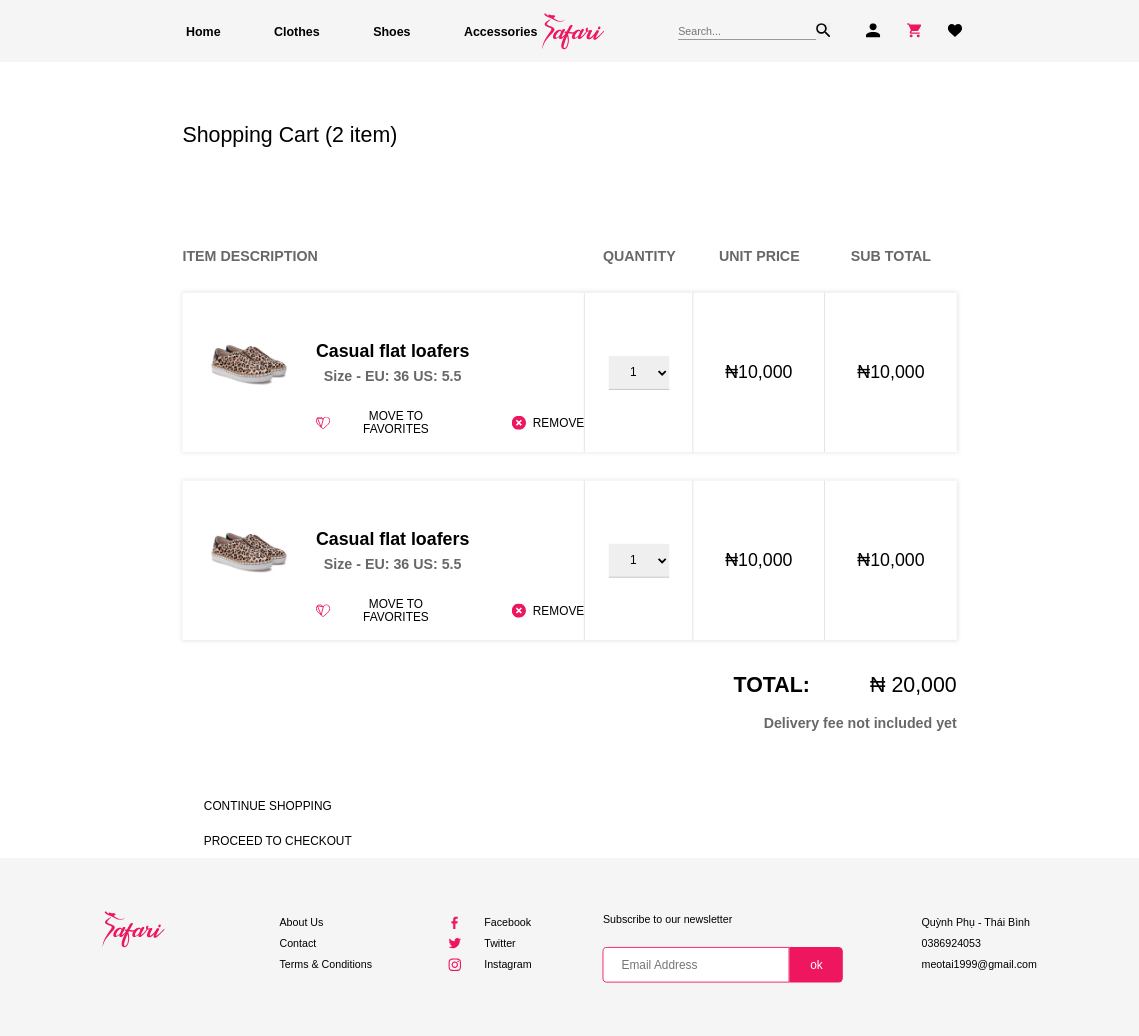
Repository: tboy1999/safari
Page: views/cart.html
An editor plug-in stored every save of this project. The page is shown before and after the next save, followed by the edit.
The browser window is 1280 px wide. The pictures show the whole page, at 89% of full size.
Some web libraries are served in a nearby version. The style sheet was rebuilt from its Sass, Less or Tailwind sources for each picture, by a compiler version that may differ from the author's.

Above is the page before, as saved 2022-04-28 14:33:18.

### views/cart.html
<!DOCTYPE html>
<html lang="en">
<head>
  <meta charset="UTF-8">
  <meta http-equiv="X-UA-Compatible" content="IE=edge">
  <meta name="viewport" content="width=device-width, initial-scale=1.0">
  <title>cart safari</title>
  <link rel="shortcut icon" href="./image/logo/Logo.svg" type="image/x-icon">
  <link rel="preconnect" href="https://fonts.googleapis.com">
  <link rel="preconnect" href="https://fonts.gstatic.com" crossorigin>
  <link rel="stylesheet" href="https://cdnjs.cloudflare.com/ajax/libs/font-awesome/6.1.1/css/all.min.css" integrity="sha512-KfkfwYDsLkIlwQp6LFnl8zNdLGxu9YAA1QvwINks4PhcElQSvqcyVLLD9aMhXd13uQjoXtEKNosOWaZqXgel0g==" crossorigin="anonymous" referrerpolicy="no-referrer" />
  <link rel="stylesheet" href="../css/grid.css">
  <link rel="stylesheet" href="../css/cart.css">
</head>
<body>
  <header id="header" class="header">
    <div class="container">
      <div class="header__container facenter">
        <ul class="header__list facenter fz14-fw600">
          <li class="header__item"><a href="../index.html" class="header__link">Home</a></li>
          <li class="header__item"><a href="./clothes.html" class="header__link">Clothes</a></li>
          <li class="header__item"><a href="./shoes.html" class="header__link">Shoes</a></li>
          <li class="header__item"><a href="./accessories.html" class="header__link">Accessories</a></li>
        </ul>
        <form class="header__search facenter">
          <input type="text" placeholder="Search..." class="fz12">
          <button type="submit"><img src="../image/header/search.svg" alt=""></button>
        </form>
        <div class="header__feature facenter">
          <a href="./user.html">
            <svg width="16" height="16" viewBox="0 0 16 16" fill="inherit" xmlns="http://www.w3.org/2000/svg">
            <path d="M8 0C9.06087 0 10.0783 0.421427 10.8284 1.17157C11.5786 1.92172 12 2.93913 12 4C12 5.06087 11.5786 6.07828 10.8284 6.82843C10.0783 7.57857 9.06087 8 8 8C6.93913 8 5.92172 7.57857 5.17157 6.82843C4.42143 6.07828 4 5.06087 4 4C4 2.93913 4.42143 1.92172 5.17157 1.17157C5.92172 0.421427 6.93913 0 8 0ZM8 10C12.42 10 16 11.79 16 14V16H0V14C0 11.79 3.58 10 8 10Z"/>
            </svg>
          </a>
          <a href="#" class="header__feature--active">
            <svg width="16" height="16" viewBox="0 0 16 16" fill="inherit" xmlns="http://www.w3.org/2000/svg">
              <path d="M12.8 12.8C11.912 12.8 11.2 13.512 11.2 14.4C11.2 14.8243 11.3686 15.2313 11.6686 15.5314C11.9687 15.8314 12.3757 16 12.8 16C13.2243 16 13.6313 15.8314 13.9314 15.5314C14.2314 15.2313 14.4 14.8243 14.4 14.4C14.4 13.9757 14.2314 13.5687 13.9314 13.2686C13.6313 12.9686 13.2243 12.8 12.8 12.8ZM0 0V1.6H1.6L4.48 7.672L3.392 9.632C3.272 9.856 3.2 10.12 3.2 10.4C3.2 10.8243 3.36857 11.2313 3.66863 11.5314C3.96869 11.8314 4.37565 12 4.8 12H14.4V10.4H5.136C5.08296 10.4 5.03209 10.3789 4.99458 10.3414C4.95707 10.3039 4.936 10.253 4.936 10.2C4.936 10.16 4.944 10.128 4.96 10.104L5.68 8.8H11.64C12.24 8.8 12.768 8.464 13.04 7.976L15.904 2.8C15.96 2.672 16 2.536 16 2.4C16 2.18783 15.9157 1.98434 15.7657 1.83431C15.6157 1.68429 15.4122 1.6 15.2 1.6H3.368L2.616 0H0ZM4.8 12.8C3.912 12.8 3.2 13.512 3.2 14.4C3.2 14.8243 3.36857 15.2313 3.66863 15.5314C3.96869 15.8314 4.37565 16 4.8 16C5.22435 16 5.63131 15.8314 5.93137 15.5314C6.23143 15.2313 6.4 14.8243 6.4 14.4C6.4 13.9757 6.23143 13.5687 5.93137 13.2686C5.63131 12.9686 5.22435 12.8 4.8 12.8Z"/>
            </svg>
          </a>
          <a href="#">
            <svg width="16" height="15" viewBox="0 0 16 15" fill="inherit"
            xmlns="http://www.w3.org/2000/svg">
              <path d="M14.7307 1.39307C13.9025 0.494751 12.766 0 11.5304 0C10.6068 0 9.76099 0.291992 9.01636 0.867798C8.64062 1.15845 8.30017 1.51404 8 1.92908C7.69995 1.51416 7.35938 1.15845 6.98352 0.867798C6.23901 0.291992 5.39319 0 4.4696 0C3.23401 0 2.09741 0.494751 1.26917 1.39307C0.450806 2.28088 0 3.49377 0 4.80847C0 6.16162 0.504272 7.40027 1.58691 8.70667C2.55542 9.87524 3.94739 11.0615 5.55933 12.4352C6.10974 12.9043 6.73364 13.436 7.38147 14.0024C7.55261 14.1523 7.77222 14.2349 8 14.2349C8.22766 14.2349 8.44739 14.1523 8.61829 14.0027C9.26611 13.4362 9.89038 12.9042 10.441 12.4348C12.0527 11.0614 13.4447 9.87524 14.4132 8.70654C15.4958 7.40027 16 6.16162 16 4.80835C16 3.49377 15.5492 2.28088 14.7307 1.39307Z"/>
            </svg>
          </a>
        </div>
        <div class="header__logo">
          <a href="../index.html"><img src="../image/logo/Logo.svg" alt=""></a>
        </div>
      </div>
    </div>
  </header>

  <main id="cart" class="cart">
    <div class="container">
      <div class="cart__container">
        <h1 class="cart__heading fz24">Shopping Cart (2 item)</h1>
        <table>
          <thead class="fz16">
            <tr>
              <th>ITEM DESCRIPTION</th>
              <th>QUANTITY</th>
              <th>UNIT PRICE</th>
              <th>SUB TOTAL</th>
            </tr>
          </thead>
          <tbody>
            <tr>
              <td>
                <div class="cart__product facenter gap32">
                  <img src="../image/cart/cart1.jpg" alt="" class="cart__img">
                  <div class="cart__info">
                    <h3 class="fz20-fw600">Casual flat loafers</h3>
                    <p class="fz16">Size - EU: 36 US: 5.5</p>
                  </div>
                </div>
                <div class="cart__btn facenter gap64">
                  <button class="facenter gap8"><img src="../image/cart/heart-cart.svg" alt="">MOVE TO FAVORITES</button>
                  <button class="facenter gap8"><img src="../image/cart/remove-cart.svg" alt="">REMOVE</button>
                </div>
              </td>
              <td class="fz16">
                <select>
                  <option>1</option>
                  <option>2</option>
                  <option>3</option>
                  <option>4</option>
                </select>
              </td>
              <td class="fz20">₦10,000</td>
              <td class="fz20">₦10,000</td>
            </tr>
            <tr>
              <td>
                <div class="cart__product facenter gap32">
                  <img src="../image/cart/cart1.jpg" alt="" class="cart__img">
                  <div class="cart__info">
                    <h3 class="fz20-fw600">Casual flat loafers</h3>
                    <p class="fz16">Size - EU: 36 US: 5.5</p>
                  </div>
                </div>
                <div class="cart__btn facenter gap64">
                  <button class="facenter gap8"><img src="../image/cart/heart-cart.svg" alt="">MOVE TO FAVORITES</button>
                  <button class="facenter gap8"><img src="../image/cart/remove-cart.svg" alt="">REMOVE</button>
                </div>
              </td>
              <td class="fz16">
                <select>
                  <option>1</option>
                  <option>2</option>
                  <option>3</option>
                  <option>4</option>
                </select>
              </td>
              <td class="fz20">₦10,000</td>
              <td class="fz20">₦10,000</td>
            </tr>
          </tbody>
        </table>
        <div class="cart__price">
          <div class="cart__money facenter">
            <h3 class="fz24-fw600">TOTAL:</h3>
            <h4 class="fz24">₦ 20,000</h4>
          </div>
          <p class="fz16">Delivery fee not included yet</p>
        </div>
        <div class="cart__button fz18">
          <button>CONTINUE SHOPPING</button>
          <button>PROCEED TO CHECKOUT</button>
        </div>
      </div>
    </div>
  </main>
  <footer class="footer">
    <div class="container">
      <div class="footer__container d-flex fz12">
        <div class="footer__logo">
          <a href="../index.html"><img src="../image/logo/Logo.svg" alt=""></a>
        </div>
        <div class="footer__body d-flex gap80">
          <ul class="footer__pages">
            <li class="footer__item fz12"><a href="#">About Us</a></li>
            <li class="footer__item fz12"><a href="#">Contact</a></li>
            <li class="footer__item fz12"><a href="#">Terms & Conditions</a></li>
          </ul>
          <ul class="footer__networks">
            <li class="footer__item facenter gap20">
              <div class="footer__icon flex-center">
                <a href="#" class="facenter"><img src="../image/footer/fb.svg" alt=""></a>
              </div>
              <p><a href="#">Facebook</a></p>
            </li>
            <li class="footer__item facenter gap20">
              <div class="footer__icon flex-center">
                <a href="#" class="facenter"><img src="../image/footer/twitter.svg" alt=""></a>
              </div>
              <p><a href="#">Twitter</a></p>
            </li>
            <li class="footer__item facenter gap20">
              <div class="footer__icon flex-center">
                <a href="#" class="facenter"><img src="../image/footer/instagram.svg" alt=""></a>
              </div>
              <p><a href="#">Instagram</a></p>
            </li>
          </ul>
          <div class="footer__input">
            <p>Subscribe to our newsletter</p>
            <form action="" class="facenter footer__form">
              <input type="text" placeholder="Email Address">
              <button type="submit">ok</button>
            </form>
          </div>
        </div>
        <div class="footer__info">
          <p>Quỳnh Phụ - Thái Bình</p>
          <p>0386924053</p>
          <p>meotai1999@gmail.com</p>
        </div>
      </div>
    </div>
  </footer>
</body>
</html>

### scss/cart.scss
@import 'reset';
@import 'variable';
@import 'global';
@import 'alike';
@import 'header';
@import 'footer';

.cart {
  margin-top: 134px;
  &__container {
    margin:0 150px;
  }
  &__heading {
    margin-bottom: 78px;
  }
  table {
    border-spacing:0 32px;
    width: 100%;
    thead {
      th:first-child {
        width: 52%;
        text-align: left;
      }
      th:nth-child(2) {
        width: 14%
      }
      th:nth-child(3),
      th:nth-child(4) {
        width: 17%
      }
    }
    tbody {
      tr {
        background: #FFFFFF;
        box-shadow: 0px 0px 5px 1px rgba(0, 0, 0, 0.1);
      }
      td:first-child {
        padding: 35px 0 18px 32px
      }
      td {
        text-align: center
      }
      td:not(:last-child) {
        border-right: 1.5px solid #E1E1E1;
      }
      select {
        padding: 10px 20px;
        border: none;
        border-bottom: 1px solid #C4C4C4;
        outline: none;
      }
    }
  }
  &__img {
    width: 86px;
    height: 86px;
    object-fit: cover;
  }
  &__info {
    h3 {
      margin-bottom: 8px;
    }
  }
  &__product {
    margin-bottom: 10px;
  }
  &__btn {
    padding-left: calc(150px - 32px);
    button {
      background-color: transparent
    }
  }
  &__price {
    text-align: right;
    margin-bottom: 64px;
  }
  &__money {
    justify-content: end;
    margin-bottom: 18px;
    h4 {
      min-width: 165px;
    }
  }

  &__button {
    button {
      padding: 12px 24px;
      background-color: #fff;
    }
  }
}

### scss/_reset.scss
* {
  padding: 0;
  margin: 0;
  box-sizing: border-box;
}

html:focus-within {
  scroll-behavior: smooth;
}

a,
button {
  display: block;
  outline: none;
  border: none;
  text-decoration: none;
  color: inherit;
  cursor: pointer;
}

input {
  outline: none;
}

ul {
  list-style-type: none;
}

// img {
//   width: 100%;
//   height: 100%;
//   object-fit: cover;
// }

### scss/_variable.scss
$text-color: #686868;
$primary-color: #ED165F;

$header-background-color: #F5F5F5;
$footer-background-color: #F5F5F5;

### scss/_global.scss
html {
  font-size: 10px;
  line-height: 1;
  scroll-behavior: smooth !important;
}

body {
  font-family: 'Mulish', sans-serif;
}

body .auto-top {
  display: none;
  position: fixed;
  right: 50px;
  top: 50%;
  width: 60px;
  height: 50px;
  border: 1px solid #000000;
  border-radius: 5px;
  animation: autoTop 2s ease-in-out;
  animation-iteration-count: infinite;
}
@keyframes autoTop {
  from {
    transform: translateY(0)
  }
  to {
    transform: translateY(-20px)
  }
}

.facenter {
  display: flex;
  align-items: center;
}

.facb {
  display:flex;
  justify-content: space-between;
  align-items: center;
}

.flex-center {
  display: flex;
  justify-content: center;
  align-items: center;
}

.d-flex {
  display: flex;
  flex-wrap: wrap;
}

.flex-column {
  display: flex;
  flex-direction: column;
}

.gap64 {
  gap: 64px
}

.gap80 {
  gap: 0 80px
}

.gap32 {
  gap: 32px
}

.gap20 {
  gap: 0 20px
}

.gap16 {
  gap: 16px
}
.gap8 {
  gap: 8px
}

### scss/_alike.scss
.fz40 {
  font-weight: 700;
  font-size: 4rem;
  line-height: calc(24/40);
}

.fz30 {
  font-weight: 600;
  font-size: 30px;
}


.fz24 {
  font-weight: 400;
  font-size: 2.4rem;
  line-height: calc(35/24);
  &-fw600 {
    font-weight: 600;
    font-size: 2.4rem;
    line-height: calc(35/24);
  }
}

.fz20 {
  font-weight: 400;
  font-size: 2rem;
  line-height: calc(23/20);
  &-fw800 {
    font-weight: 800;
    font-size: 2rem;
    line-height: calc(23/20);
  }
  &-fw600 {
    font-weight: 600;
    font-size: 2rem;
    line-height: calc(23/20);
  }
}

.fz18 {
  font-weight: 800;
  font-size: 1.8rem;
  line-height: calc(24/18);
}

.fz16 {
  font-weight: 600;
  font-size: 1.6rem;
  line-height: calc(18/16);
  color: $text-color;
}

.fz14 {
  font-weight: 400;
  font-size: 1.4rem;
  line-height: calc(18/14);
  &-fw600 {
    font-weight: 600;
    font-size: 1.4rem;
    line-height: calc(18/14);
  }
}

.fz12 {
  font-weight: 400;
  font-size: 1.2rem;
  line-height: calc(18/12);
}

.fz10 {
  font-weight: 700;
  font-size: 1rem;
  line-height: calc(18/10);
}

### scss/_header.scss
.header {
  position: fixed;
  top: 0;
  left: 0;
  right: 0;
  z-index: 99999;
  background-color: $header-background-color;
  &__container {
    height: 70px;
    padding: 0 144px;
  }
  &__list {
    gap: 0 40px;
    flex: 1
  }
  &__search {
    input {
      border:none;
      border-bottom: 1px solid rgba(0, 0, 0, 0.5);
      color: rgba(0, 0, 0, 0.5);
      background-color: inherit;
    }
  }
  &__link {
    padding: 6px 10px;
    transition: all 0.2s linear;
    position: relative;
    &::after {
      content: "";
      position: absolute;
      width: 0;
      left: auto;
      right: 0;
      bottom: 0;
      height: 1px;
      transition: all 0.2s linear;
      background-color: red;
    }
    &:hover {
      color: $primary-color;
      &::after {
        width: 100%;
        right: auto;
        left: 0
      }
    }
    &.header__item--active {
      color: $primary-color;
      font-weight: 800;
      &::after {
        width: 100%;
      }
    }
  }
  &__feature {
    gap: 0 30px;
    margin-left: 40px;
    .header__feature--active {
      fill: $primary-color;
    }
  }
  &__logo {
    position: absolute;
    left: 47.57%;
    right: 47.57%;
    top: 21.43%;
    bottom: 20.93%;
  }
}

### scss/_footer.scss
.footer {
  background-color: $footer-background-color;
  &__container {
    padding: 60px;
  }
  &__pages {
    margin-left: 129px;
    a {
      padding: 3px 0;
    }
  }
  &__networks {
    a {
      padding: 3px 0
    }
  }
  &__icon {
    width: 26px
  }
  &__body {
    flex: 1
  }
  &__form {
    margin-top: 22px;
    width: 270px;
    height: 40px;
    border-radius: 5px;
    input {
      border: 1px solid $primary-color;
      padding: 0 0 0 20px;
      height: inherit;
      flex: 1;
      border-top-left-radius: 5px;
      border-bottom-left-radius: 5px;
    }
    button {
      width: 60px;
      height: inherit;
      background-color: $primary-color;
      color: #fff;
      border-top-right-radius: 5px;
      border-bottom-right-radius: 5px;
    }
  }
  &__info {
    p {
      padding: 3px 0
    }
  }
}

Loaded but not shown: css/grid.css (721 lines, source omitted)

After the next save:
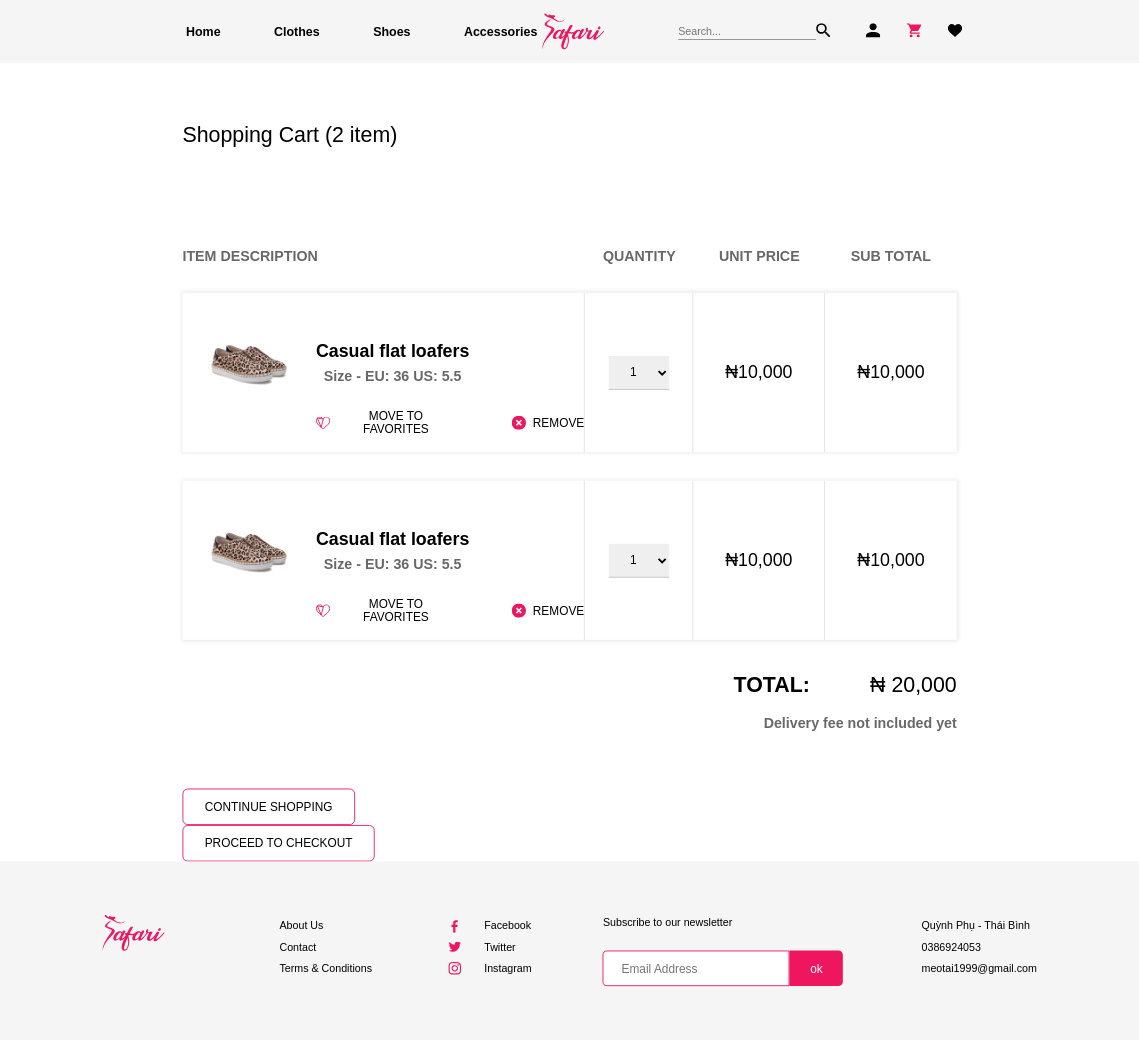
Saved 22 s later.
--- a/scss/cart.scss
+++ b/scss/cart.scss
@@ -86,6 +86,8 @@
     button {
       padding: 12px 24px;
       background-color: #fff;
+      border: 1px solid #ED165F;
+      border-radius: 6px;
     }
   }
 }
